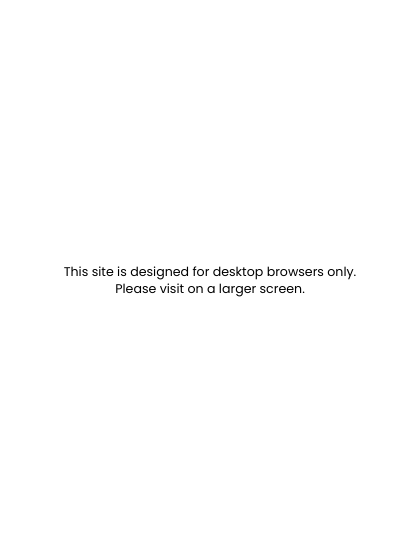
Repository: Wipas1919/Archive-portfolio
Page: index.html
An editor plug-in stored every save of this project. The page is shown before and after the next save, followed by the edit.
The browser window is 600 px wide. The pictures show the part of the page from y = 0 to 2240 px (the page is 800 px tall before and 4797 px after), at 70% of full size.

Above is the page before, as saved 2025-05-26 20:55:35.

After the next save:
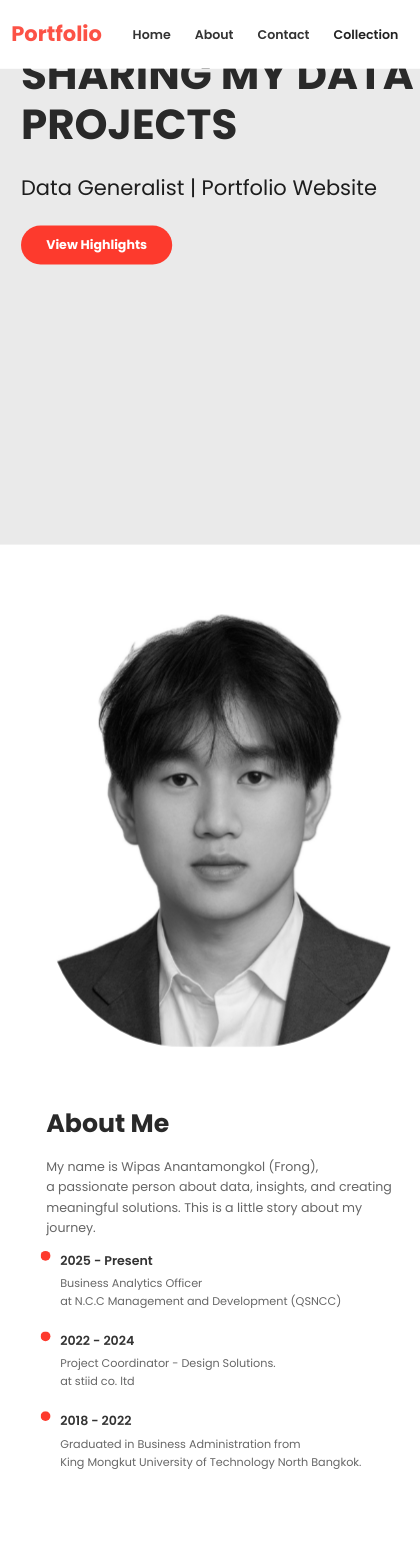
Saved 32 s later.
--- a/style/main.css
+++ b/style/main.css
@@ -641,33 +641,6 @@
 }
 /* 1 column on small screens (default) */
 }
-
-/* ===== DESKTOP-ONLY MODE (CSS BLOCK) =====
-   Hide entire site below 1024px width and show full-screen notice
---------------------------------------------------------------- */
-@media (max-width: 767px){
-  /* Hide all real content */
-  body > * { display: none !important; }
-
-  /* Full-screen notice */
-  body::before{
-    content: "This site is designed for desktop browsers only.\A Please visit on a larger screen.";
-    white-space: pre-line;
-    position: fixed;
-    inset: 0;
-    background: #ffffff;
-    color: #000000;
-    padding: 40px 24px;
-    display: flex;
-    align-items: center;
-    justify-content: center;
-    font-family: "Poppins", sans-serif;
-    font-size: 18px;
-    line-height: 1.4;
-    text-align: center;
-    z-index: 99999;
-  }
-
   /* ===== BLOCK MOBILE DEVICES ONLY ===== */
 @media (hover: none) and (pointer: coarse) {
   body > * {

After the save that followed:
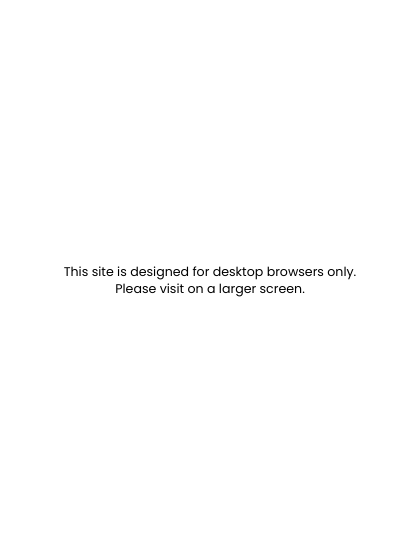
Saved 26 s later.
--- a/style/main.css
+++ b/style/main.css
@@ -641,6 +641,33 @@
 }
 /* 1 column on small screens (default) */
 }
+
+/* ===== DESKTOP-ONLY MODE (CSS BLOCK) =====
+   Hide entire site below 1024px width and show full-screen notice
+--------------------------------------------------------------- */
+@media (max-width: 767px){
+  /* Hide all real content */
+  body > * { display: none !important; }
+
+  /* Full-screen notice */
+  body::before{
+    content: "This site is designed for desktop browsers only.\A Please visit on a larger screen.";
+    white-space: pre-line;
+    position: fixed;
+    inset: 0;
+    background: #ffffff;
+    color: #000000;
+    padding: 40px 24px;
+    display: flex;
+    align-items: center;
+    justify-content: center;
+    font-family: "Poppins", sans-serif;
+    font-size: 18px;
+    line-height: 1.4;
+    text-align: center;
+    z-index: 99999;
+  }
+
   /* ===== BLOCK MOBILE DEVICES ONLY ===== */
 @media (hover: none) and (pointer: coarse) {
   body > * {
